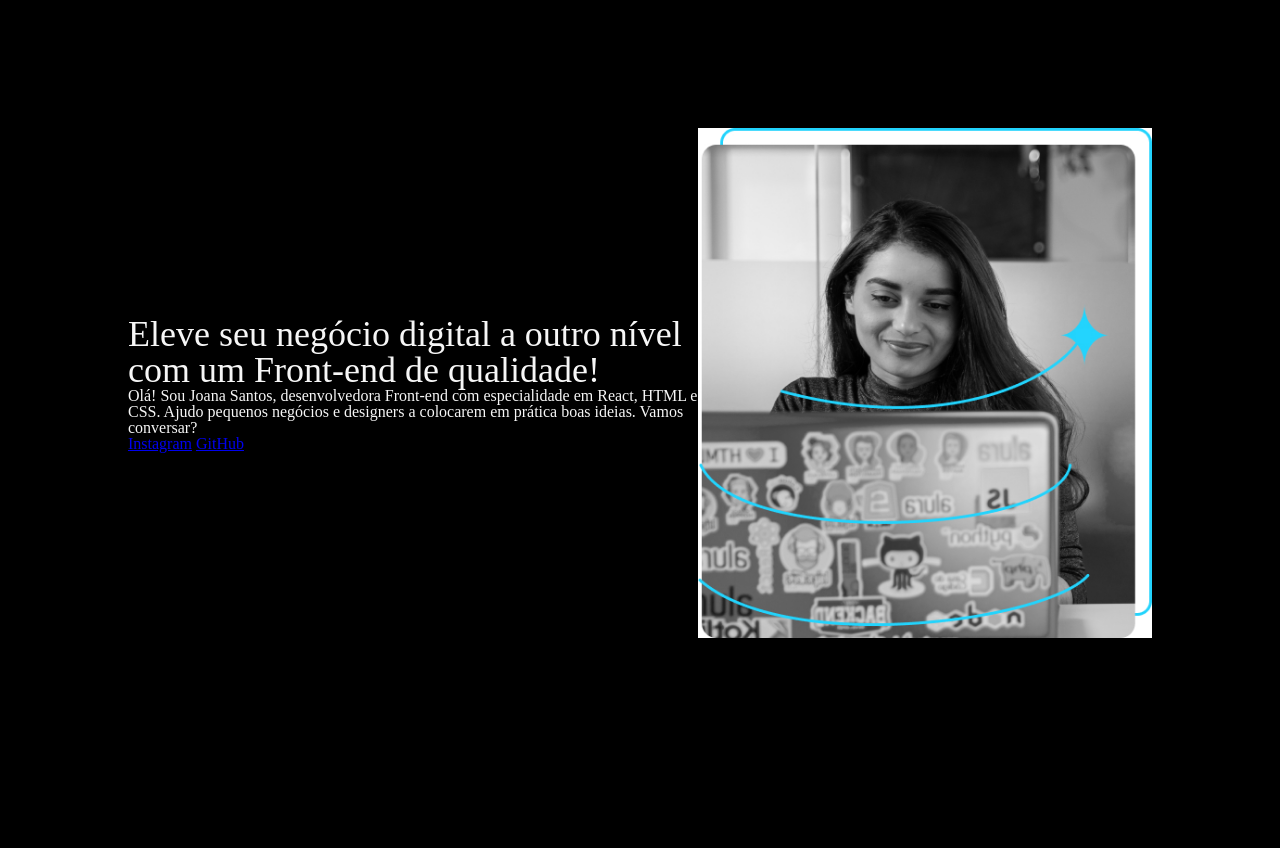
Repository: joaoPraiaJunior/html-basico
Page: index.html
These files come from the project's save history. The page is drawn as it stood at one moment and after the next save; the edit follows.
The browser window is 1280 px wide. The pictures show the whole page.

Above is the page before, as saved 2024-06-01 18:19:04.

After the next save:
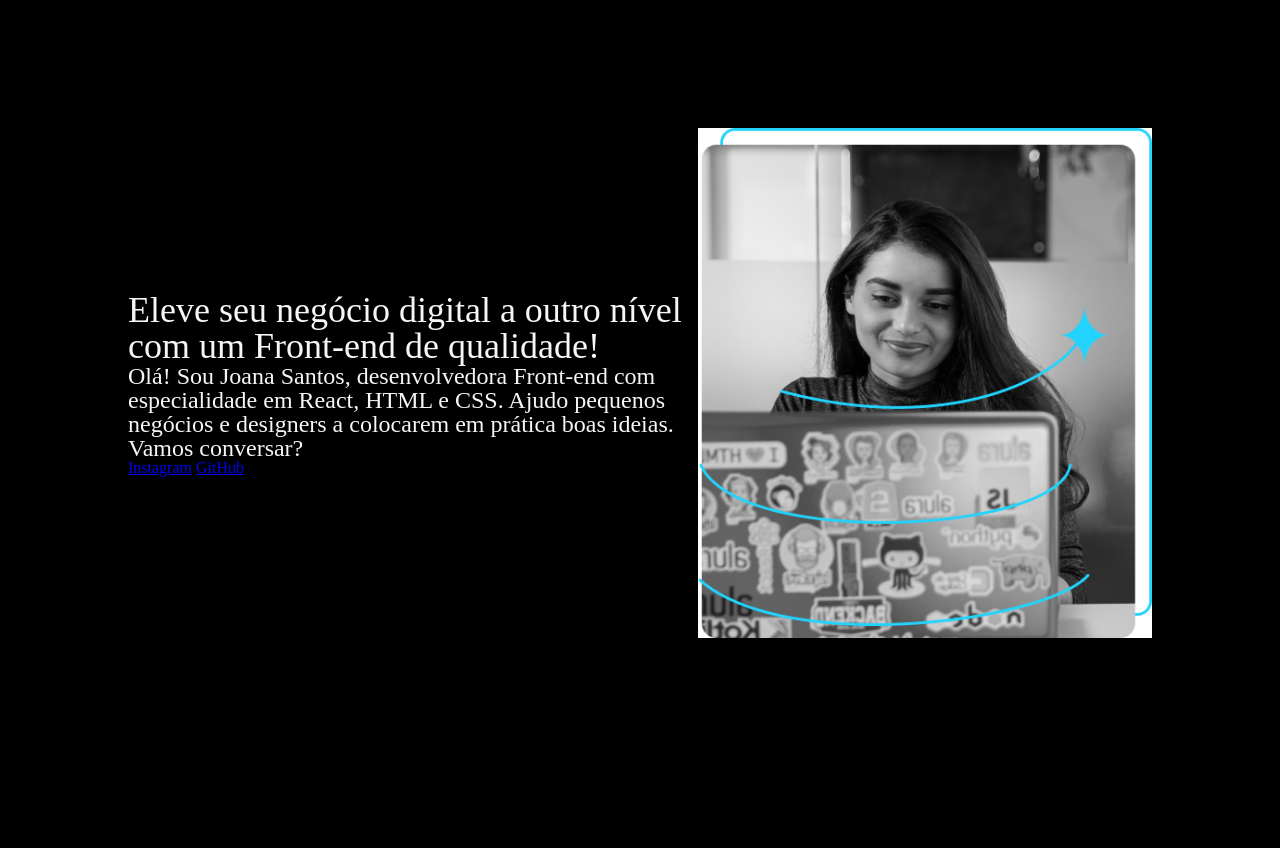
Saved 16 s later.
--- a/index.html
+++ b/index.html
@@ -15,7 +15,7 @@
         <h1 class="apresentacao__titulo">
           Eleve seu negócio digital a outro nível com um Front-end de qualidade!
         </h1>
-        <p>
+        <p class="apresentacao__texto">
           Olá! Sou Joana Santos, desenvolvedora Front-end com especialidade em
           React, HTML e CSS. Ajudo pequenos negócios e designers a colocarem em
           prática boas ideias. Vamos conversar?
